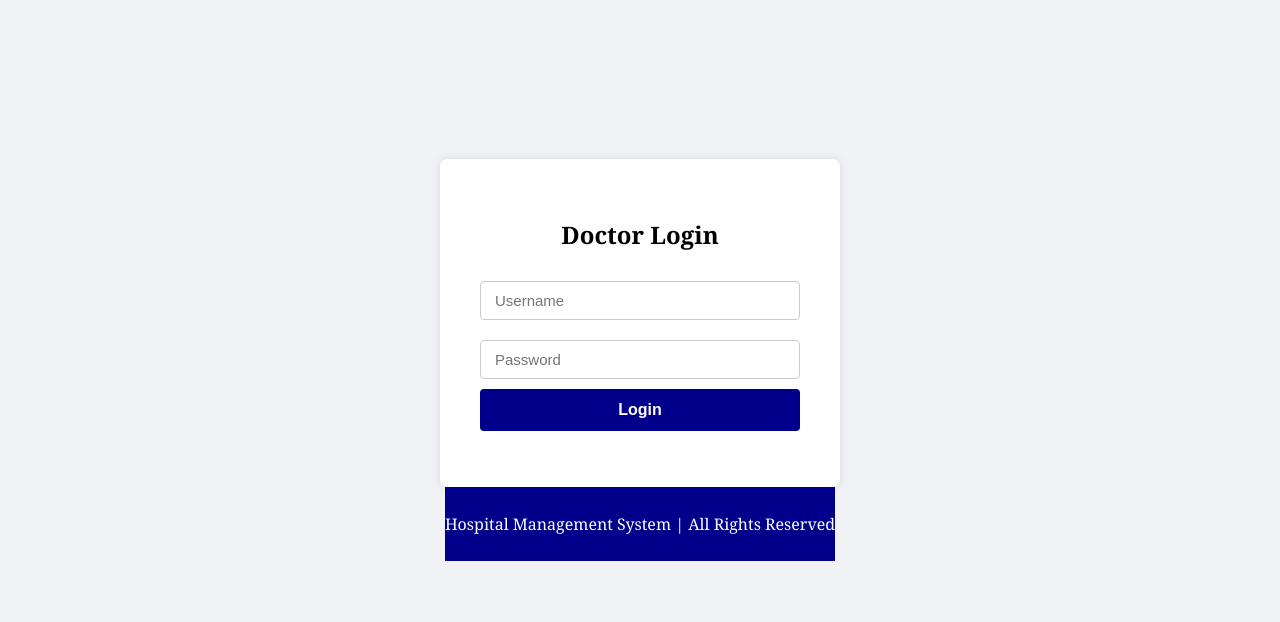
Repository: BinuriJ/HospitalSystem
Page: http://localhost/CyborgSys/login.jsp
The author's editor kept a copy of each file at every save. The page is drawn from the files as they stood at one save, then again after the next save.
The browser window is 1280 px wide. The pictures show the whole page.
The page is served by Tomcat 9.

Above is the page before, as saved 2025-05-10 02:33:56.

### CyborgSys/WebContent/login.jsp
<%@ page language="java" contentType="text/html; charset=UTF-8"
    pageEncoding="UTF-8"%>
<%@ include file="doctorLoginCss.jsp" %>
<!DOCTYPE html>
<html>
<head>
    <meta charset="UTF-8">
    <title>Doctor Login - CyborgSys</title>
    <style>
    	<jsp:include page="footerCss.jsp" />
    </style>
</head>
<body>

<div class="login-container">
    <h2>Doctor Login</h2>
    <form action="DoctorDashboard.jsp" method="post">
        <input type="text" name="username" placeholder="Username" required class="input-field" />
        <input type="password" name="password" placeholder="Password" required class="input-field" />
        <button type="submit" class="login-btn">Login</button>
    </form>
</div>

<jsp:include page="footer.jsp" />

</body>
</html>

### CyborgSys/WebContent/doctorLoginCss.jsp
<style>
body {
    margin: 0;
    padding: 0;
    font-family: Cambria, sans-serif;
    background: #f0f2f5;
    display: flex;
    justify-content: center;
    align-items: center;
    height: 100vh;
}

.login-container {
    background-color: white;
    padding: 40px;
    border-radius: 8px;
    box-shadow: 0 0 10px rgba(0, 0, 0, 0.1);
    width: 320px;
    text-align: center;
}

.login-container h2 {
    margin-bottom: 20px;
    color: black;
}

.input-field {
    width: 100%;
    padding: 10px 14px;
    margin: 10px 0;
    border: 1px solid #ccc;
    border-radius: 4px;
    font-size: 15px;
}

.login-btn {
    width: 100%;
    background-color: darkblue;
    color: white;
    padding: 12px;
    border: none;
    border-radius: 4px;
    font-size: 16px;
    font-weight: bold;
    cursor: pointer;
    transition: background-color 0.3s;
}

.login-btn:hover {
    background-color: slategray;
}
</style>

### CyborgSys/WebContent/footerCss.jsp
<style>

html, body {
    height: 100%; /* Make the html and body take full height of the viewport */
}

body {
    display: flex;
    flex-direction: column; /* Use flexbox to arrange content vertically */
    min-height: 100vh; /* Make body take the full height of the viewport */
}

.container {
    flex: 1; /* Let the main content expand to fill the available space */
}

footer {
    background-color: darkblue; /* Dark background for the footer */
    color: white; /* White text */
    padding: 10px 0; /* Padding for the footer */
    text-align: center; /* Center the footer text */
}

</style>

### CyborgSys/WebContent/footer.jsp
<!-- footer.jsp -->
<footer class="bg-dark text-light py-3">
    <div class="container text-center">
        <p>Hospital Management System | All Rights Reserved</p>
    </div>
</footer>

After the next save:
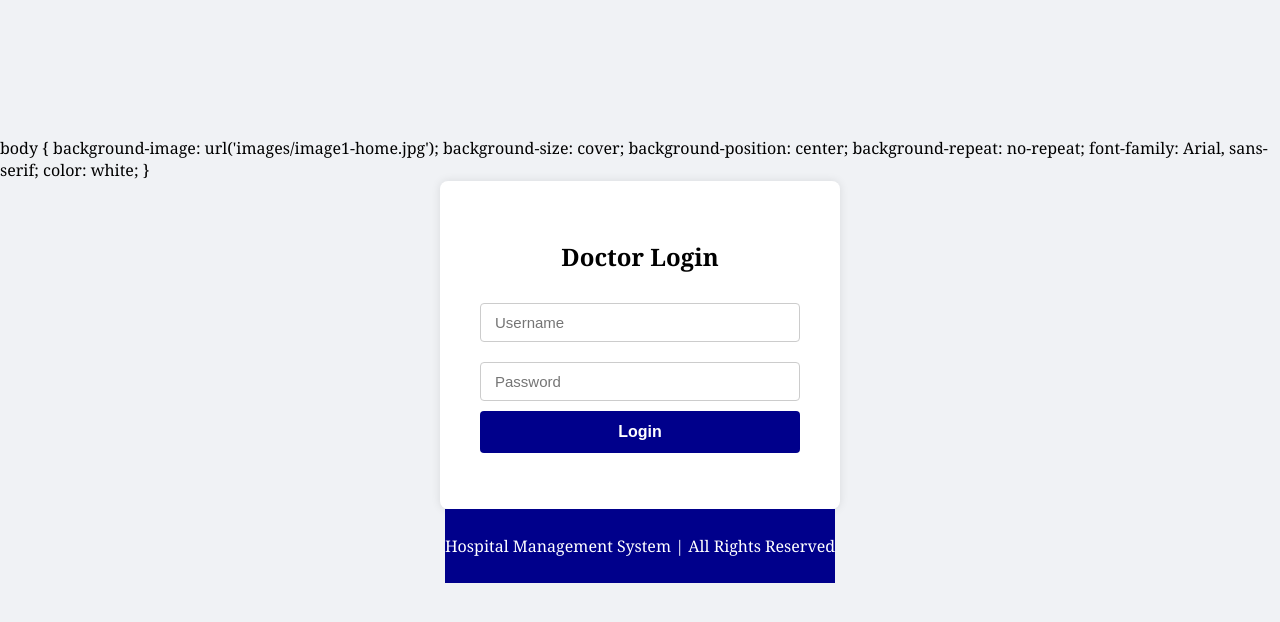
Saved 42 s later.
--- a/CyborgSys/WebContent/login.jsp
+++ b/CyborgSys/WebContent/login.jsp
@@ -8,6 +8,15 @@
     <title>Doctor Login - CyborgSys</title>
     <style>
     	<jsp:include page="footerCss.jsp" />
+
+    	body {
+		    background-image: url('images/image1-home.jpg');
+            background-size: cover;
+            background-position: center;
+            background-repeat: no-repeat;
+            font-family: Arial, sans-serif;
+            color: white;
+		}
     </style>
 </head>
 <body>
